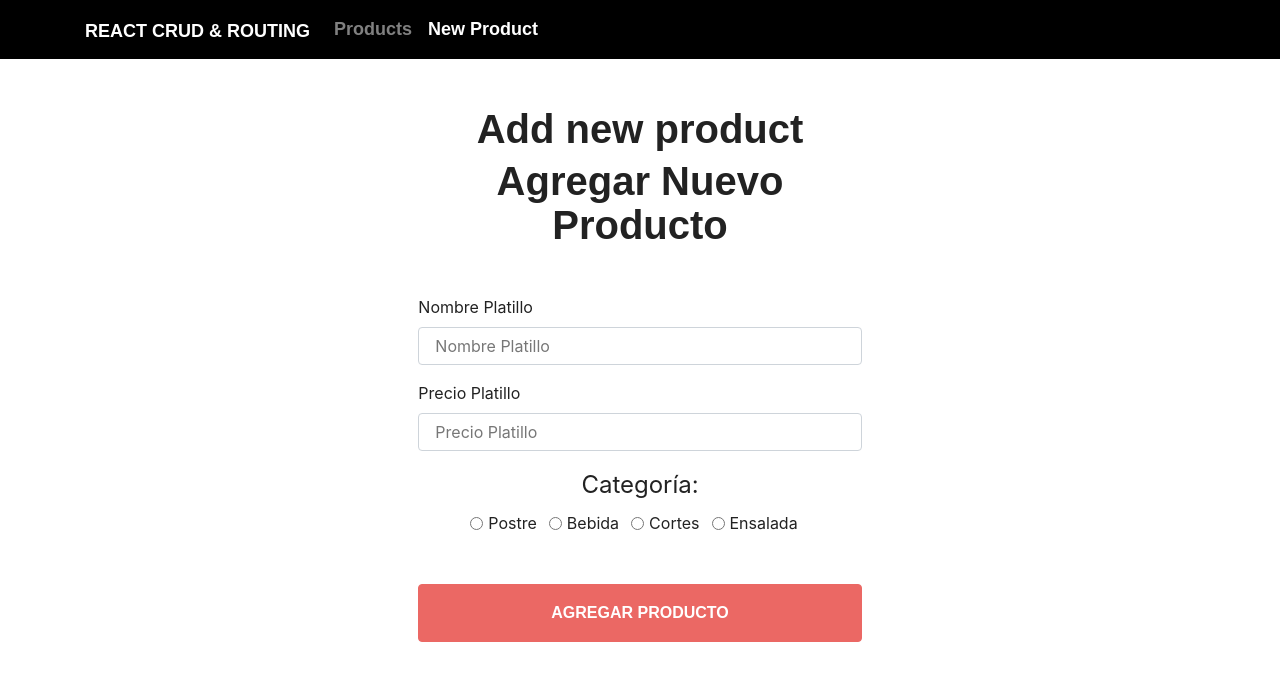
Repository: ppfeliuu/routercrudreact
Page: /new
These files come from the project's save history. The page is drawn as it stood at one moment and after the next save; the edit follows.
The browser window is 1280 px wide. The pictures show the whole page.
Some web fonts or font styles are not loaded; a fallback is used. The project was rebuilt for these pictures with package versions that can differ from the ones it lists, and the page was loaded fresh each time. Requests to the local data server were answered from the project's data file. Also part of the build but not shown: src/components/ProductoLista.js, src/components/Productos.js, src/components/Producto.js, src/components/EditarProducto.js.

Above is the page before, as saved 2019-06-26 11:07:46.

### public/index.html
<!DOCTYPE html>
<html lang="en">
  <head>
    <meta charset="utf-8" />
    <link rel="shortcut icon" href="%PUBLIC_URL%/rc.png" />
    <meta name="viewport" content="width=device-width, initial-scale=1" />
    <meta name="theme-color" content="#000000" />
    <!--
      manifest.json provides metadata used when your web app is installed on a
      user's mobile device or desktop. See https://developers.google.com/web/fundamentals/web-app-manifest/
    -->
    <link rel="manifest" href="%PUBLIC_URL%/manifest.json" />
    <link rel="stylesheet" href="/css/bootstrap.min.css">
    <!--
      Notice the use of %PUBLIC_URL% in the tags above.
      It will be replaced with the URL of the `public` folder during the build.
      Only files inside the `public` folder can be referenced from the HTML.

      Unlike "/favicon.ico" or "favicon.ico", "%PUBLIC_URL%/favicon.ico" will
      work correctly both with client-side routing and a non-root public URL.
      Learn how to configure a non-root public URL by running `npm run build`.
    -->
    <title>React App</title>
  </head>
  <body>
    <noscript>You need to enable JavaScript to run this app.</noscript>
    <div id="root"></div>
    <!--
      This HTML file is a template.
      If you open it directly in the browser, you will see an empty page.

      You can add webfonts, meta tags, or analytics to this file.
      The build step will place the bundled scripts into the <body> tag.

      To begin the development, run `npm start` or `yarn start`.
      To create a production bundle, use `npm run build` or `yarn build`.
    -->
  </body>
</html>

### src/App.js
import React, { useEffect, useState } from 'react';
import { BrowserRouter as Router, Route, Switch }  from 'react-router-dom';
import Productos from './components/Productos';
import Producto from './components/Producto';
import EditarProducto from './components/EditarProducto';
import AgregarProducto from './components/AgregarProducto';
import Header from './components/Header';
import axios from 'axios';


function App() {

  const [productos, guardarProductos] = useState([]);

  useEffect(() => {
    const consultarAPI = async () => {
      const resultado = await axios.get('http://localhost:4000/restaurant');

      // console.log(resultado.data);
      guardarProductos(resultado.data);
    }
    consultarAPI();
  }, [])

  return (
    <Router>
      <Header />
      <main className="container mt-5">
      <Switch>
        <Route exact path="/products" render={ () => (
              <Productos
                productos={productos}
              />
            )}
        />
        <Route exact path="/new" component={AgregarProducto} />
        <Route exact path="/products/:id" component={Producto} />
        <Route exact path="/products/edit/:id" component={EditarProducto} />
      </Switch>
      </main>
    </Router>
  );
}

export default App;

### src/components/AgregarProducto.js
import React from "react";

function AgregarProducto() {
  return (
    <div className="col-md-8 mx-auto">
      <h1 className="text-center">Add new product</h1>

      <div className="col-md-8 mx-auto ">
        <h1 className="text-center">Agregar Nuevo Producto</h1>

        <form className="mt-5">
          <div className="form-group">
            <label>Nombre Platillo</label>
            <input
              type="text"
              className="form-control"
              name="nombre"
              placeholder="Nombre Platillo"
            />
          </div>

          <div className="form-group">
            <label>Precio Platillo</label>
            <input
              type="number"
              className="form-control"
              name="precio"
              placeholder="Precio Platillo"
            />
          </div>

          <legend className="text-center">Categoría:</legend>
          <div className="text-center">
            <div className="form-check form-check-inline">
              <input
                className="form-check-input"
                type="radio"
                name="categoria"
                value="postre"
              />
              <label className="form-check-label">Postre</label>
            </div>
            <div className="form-check form-check-inline">
              <input
                className="form-check-input"
                type="radio"
                name="categoria"
                value="bebida"
              />
              <label className="form-check-label">Bebida</label>
            </div>

            <div className="form-check form-check-inline">
              <input
                className="form-check-input"
                type="radio"
                name="categoria"
                value="cortes"
              />
              <label className="form-check-label">Cortes</label>
            </div>

            <div className="form-check form-check-inline">
              <input
                className="form-check-input"
                type="radio"
                name="categoria"
                value="ensalada"
              />
              <label className="form-check-label">Ensalada</label>
            </div>
          </div>

          <input
            type="submit"
            className="font-weight-bold text-uppercase mt-5 btn btn-primary btn-block py-3"
            value="Agregar Producto"
          />
        </form>
      </div>
    </div>
  );
}

export default AgregarProducto;

### src/components/Header.js
import React from 'react';
import { Link, NavLink } from 'react-router-dom';

const Header = () => (
    <nav className="navbar navbar-expand-lg navbar-dark bg-dark">
        <div className="container">
            <Link to="/products" className="navbar-brand">
                React CRUD & Routing
            </Link>

            <ul className="navbar-nav mr-auto">
                <li className="nav-item">
                    <NavLink to="/products" className="nav-link" activeClassName="active">Products</NavLink>
                </li>
                <li className="nav-item">
                    <NavLink to="/new" className="nav-link" activeClassName="active">New Product</NavLink>
                </li>
            </ul>
        </div>
    </nav>
);


export default Header;

### db.json
{
    "restaurant": [
        {
            "precioPlatillo": "200",
            "nombrePlatillo": "Cheescake",
            "categoria": "Postres",
            "id": 1
        },
        {
            "precioPlatillo": "300",
            "nombrePlatillo": "Rib Eye 400g",
            "categoria": "Cortes",
            "id": 2
        }
    ]
}

Loaded but not shown: src/index.js (common file); src/serviceWorker.js (common file); public/css/bootstrap.min.css (library)

After the next save:
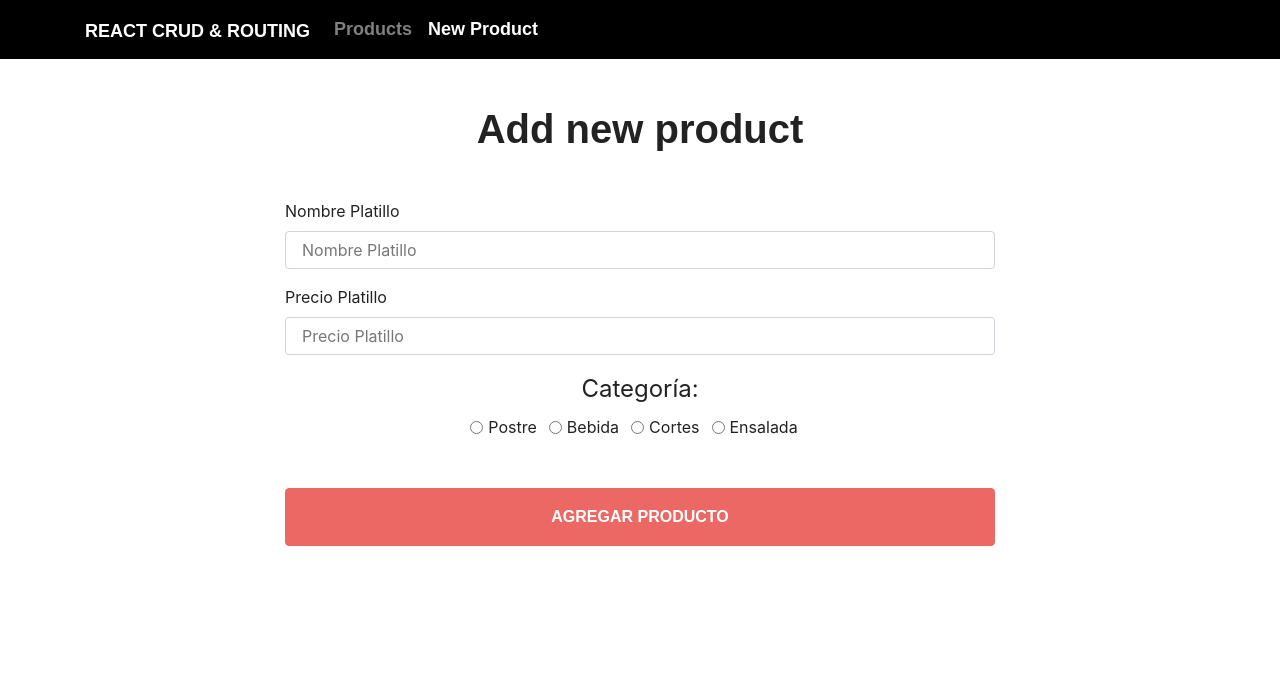
Saved 74 s later.
--- a/src/components/AgregarProducto.js
+++ b/src/components/AgregarProducto.js
@@ -2,82 +2,78 @@ import React from "react";
 
 function AgregarProducto() {
   return (
-    <div className="col-md-8 mx-auto">
+    <div className="col-md-8 mx-auto ">
       <h1 className="text-center">Add new product</h1>
 
-      <div className="col-md-8 mx-auto ">
-        <h1 className="text-center">Agregar Nuevo Producto</h1>
+      <form className="mt-5">
+        <div className="form-group">
+          <label>Nombre Platillo</label>
+          <input
+            type="text"
+            className="form-control"
+            name="nombre"
+            placeholder="Nombre Platillo"
+          />
+        </div>
 
-        <form className="mt-5">
-          <div className="form-group">
-            <label>Nombre Platillo</label>
+        <div className="form-group">
+          <label>Precio Platillo</label>
+          <input
+            type="number"
+            className="form-control"
+            name="precio"
+            placeholder="Precio Platillo"
+          />
+        </div>
+
+        <legend className="text-center">Categoría:</legend>
+        <div className="text-center">
+          <div className="form-check form-check-inline">
             <input
-              type="text"
-              className="form-control"
-              name="nombre"
-              placeholder="Nombre Platillo"
+              className="form-check-input"
+              type="radio"
+              name="categoria"
+              value="postre"
             />
+            <label className="form-check-label">Postre</label>
+          </div>
+          <div className="form-check form-check-inline">
+            <input
+              className="form-check-input"
+              type="radio"
+              name="categoria"
+              value="bebida"
+            />
+            <label className="form-check-label">Bebida</label>
           </div>
 
-          <div className="form-group">
-            <label>Precio Platillo</label>
+          <div className="form-check form-check-inline">
             <input
-              type="number"
-              className="form-control"
-              name="precio"
-              placeholder="Precio Platillo"
+              className="form-check-input"
+              type="radio"
+              name="categoria"
+              value="cortes"
             />
+            <label className="form-check-label">Cortes</label>
           </div>
 
-          <legend className="text-center">Categoría:</legend>
-          <div className="text-center">
-            <div className="form-check form-check-inline">
-              <input
-                className="form-check-input"
-                type="radio"
-                name="categoria"
-                value="postre"
-              />
-              <label className="form-check-label">Postre</label>
-            </div>
-            <div className="form-check form-check-inline">
-              <input
-                className="form-check-input"
-                type="radio"
-                name="categoria"
-                value="bebida"
-              />
-              <label className="form-check-label">Bebida</label>
-            </div>
+          <div className="form-check form-check-inline">
+            <input
+              className="form-check-input"
+              type="radio"
+              name="categoria"
+              value="ensalada"
+            />
+            <label className="form-check-label">Ensalada</label>
+          </div>
+        </div>
 
-            <div className="form-check form-check-inline">
-              <input
-                className="form-check-input"
-                type="radio"
-                name="categoria"
-                value="cortes"
-              />
-              <label className="form-check-label">Cortes</label>
-            </div>
-
-            <div className="form-check form-check-inline">
-              <input
-                className="form-check-input"
-                type="radio"
-                name="categoria"
-                value="ensalada"
-              />
-              <label className="form-check-label">Ensalada</label>
-            </div>
-          </div>
-
-          <input
-            type="submit"
-            className="font-weight-bold text-uppercase mt-5 btn btn-primary btn-block py-3"
-            value="Agregar Producto"
-          />
-        </form>
-      </div>
+        <input
+          type="submit"
+          className="font-weight-bold text-uppercase mt-5 btn btn-primary btn-block py-3"
+          value="Agregar Producto"
+        />
+      </form>
     </div>
   );
 }
